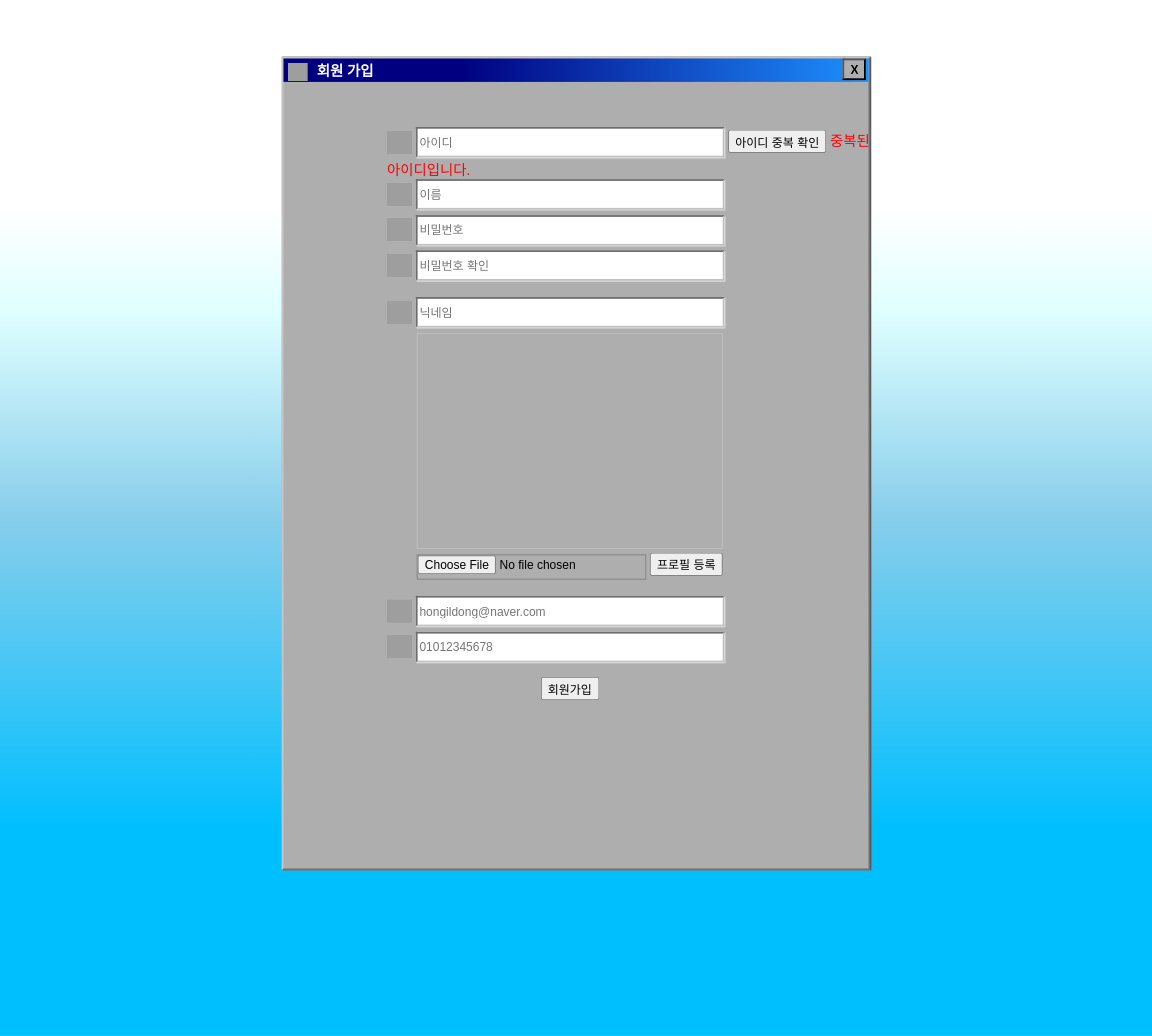
Repository: SEOGWANGWON/semi-finally
Page: http://localhost/semi_team/SHINeeRegister.jsp
The author's editor kept a copy of each file at every save. The page is drawn from the files as they stood at one save, then again after the next save.
The browser window is 1280 px wide. The pictures show the whole page, at 90% of full size.
Pictures or frames that could not be fetched are drawn as grey boxes. The page is served by Tomcat 9.

Above is the page before, as saved 2023-11-17 06:08:02.

After the next save:
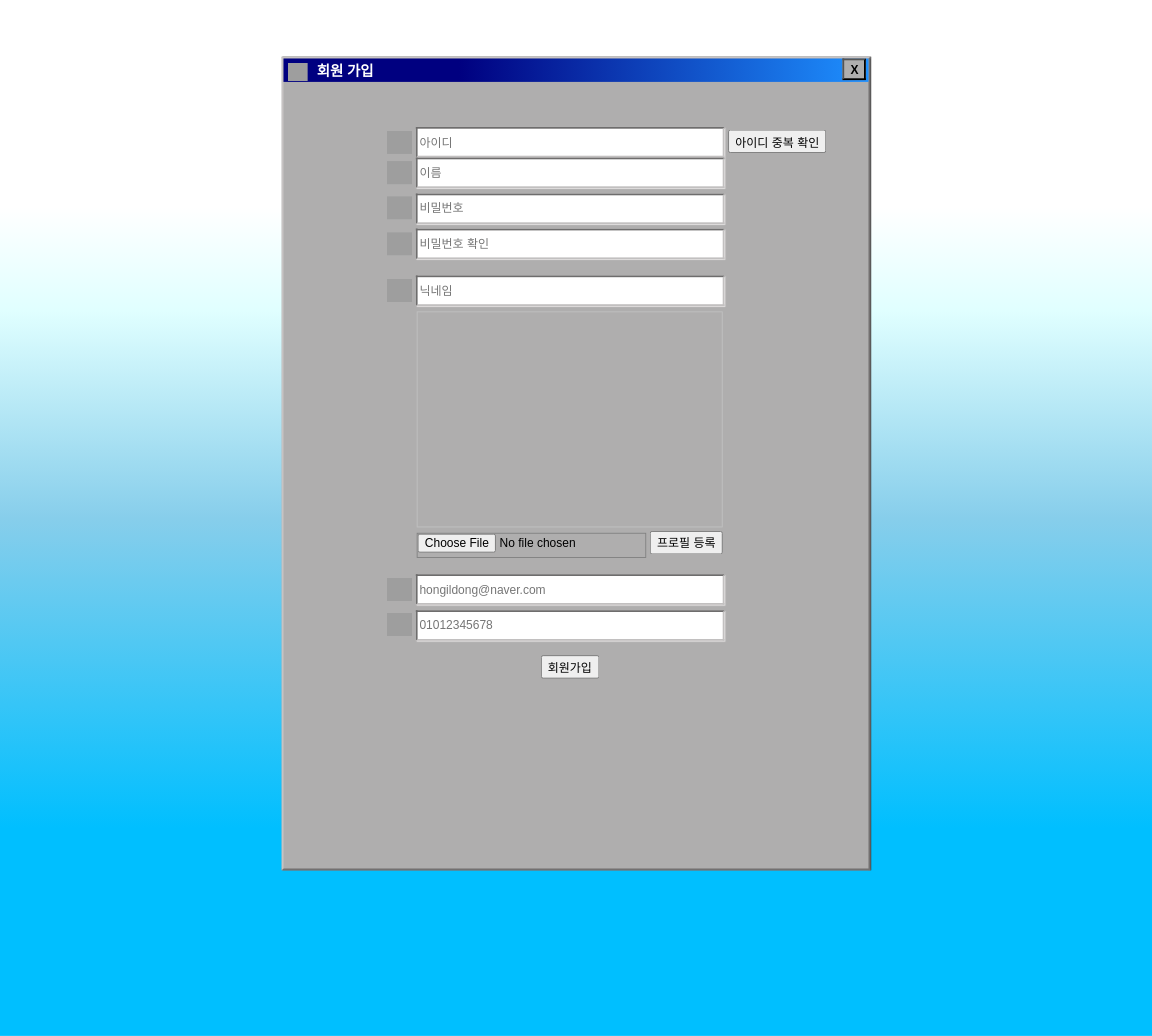
Saved 5 min 30 s later.
--- a/semi_team/src/main/webapp/SHINeeRegister.jsp
+++ b/semi_team/src/main/webapp/SHINeeRegister.jsp
@@ -21,9 +21,6 @@
 	                    									<!--  oninput = 입력할때마다 실시간 체크   autocomplete="off" 자동완성 기능 off -->
 
 	                    <button id="idButton" name="idButton" onsubmit="return idDbCheck()">아이디 중복 확인</button> <!--  onclick="idDbCheck()" -->
-	                    <%
-	                    									out.println("<span style='color: red;'> 중복된 아이디입니다. </span>");
-	                    									%>
 	                    <span id="ruleid"></span> <!--  <input type="hidden" name="idCheckBox" id="idCheckBox" value="idUnCheck">  -->
 	                </form>
                 <form id="createAccount" action="SHINeeRegisterServlet" method="post" enctype="multipart/form-data">
